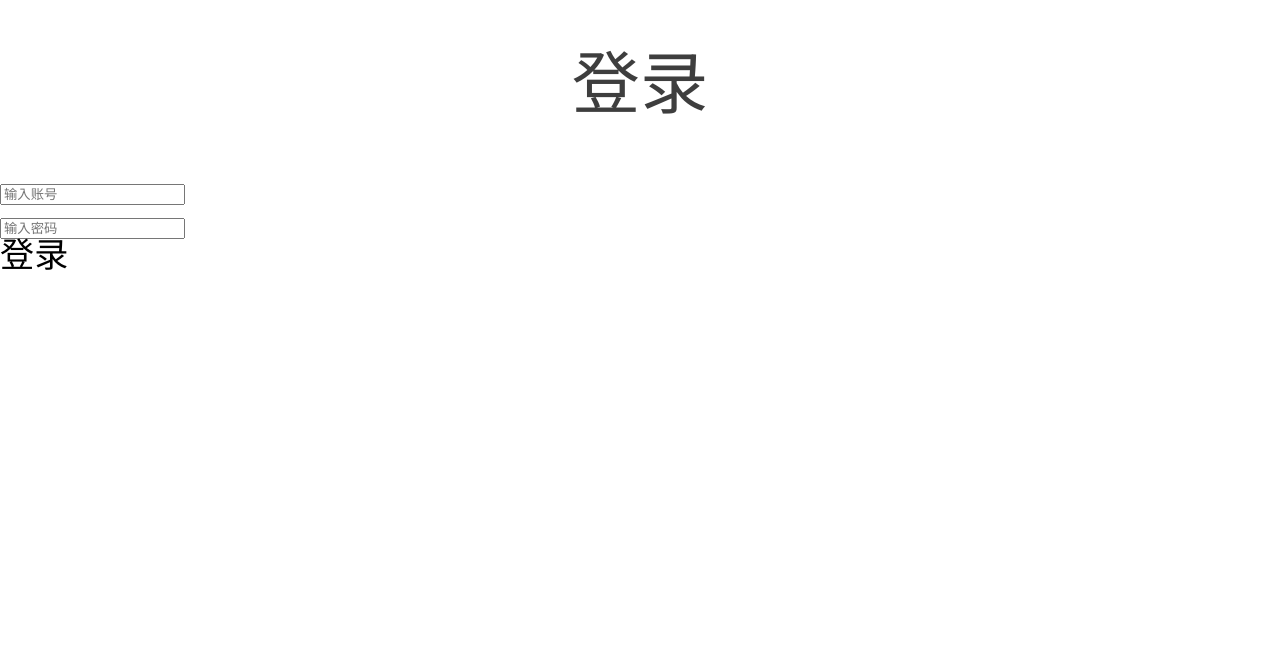
Repository: 421538074/sell
Page: consumer/login.html
An editor plug-in stored every save of this project. The page is shown before and after the next save, followed by the edit.
The browser window is 1280 px wide. The pictures show the whole page.

Above is the page before, as saved 2019-05-29 14:49:56.
Not found: consumer/js/login.js

### consumer/login.html
<!DOCTYPE html>
<html lang="en">

<head>
    <meta charset="UTF-8">
    <meta content="width=device-width, initial-scale=1.0, maximum-scale=1.0, user-scalable=0;" name="viewport" />
    <meta http-equiv="X-UA-Compatible" content="ie=edge">
    <title>直销系统</title>
    <link rel="stylesheet" href="../css/base.css">
    <link rel="stylesheet" href="css/login.css">
</head>

<body>
    <div id="app">
        <div class="login">
            <div class="login_wrap">
                <h4>登录</h4>
                <ul class="login_uu">
                    <li>
                        <input @input="limitLength('phone',11)" v-model="phone" maxlength="11" type="number"
                            placeholder="输入账号">
                    </li>
                    <li>
                        <input v-model="password" type="password" placeholder="输入密码">
                    </li>
                </ul>

                <p class="login_btn" @click="enter(2)">登录</p>
            </div>
        </div>
    </div>
</body>

</html>
<script src="js/jquery.min.js"></script>
<script src="../js/api.js"></script>
<script src="../js/vue.js"></script>
<script src="js/login.js"></script>

### css/base.css
/* http://meyerweb.com/eric/tools/css/reset/
   v2.0 | 20110126
   License: none (public domain)
*/

html,
body,
div,
span,
applet,
object,
iframe,
h1,
h2,
h3,
h4,
h5,
h6,
p,
blockquote,
pre,
a,
abbr,
acronym,
address,
big,
cite,
code,
del,
dfn,
em,
img,
ins,
kbd,
q,
s,
samp,
small,
strike,
strong,
sub,
sup,
tt,
var,
b,
u,
i,
center,
dl,
dt,
dd,
ol,
ul,
li,
fieldset,
form,
label,
legend,
table,
caption,
tbody,
tfoot,
thead,
tr,
th,
td,
article,
aside,
canvas,
details,
embed,
figure,
figcaption,
footer,
header,
hgroup,
menu,
nav,
output,
ruby,
section,
summary,
time,
mark,
audio,
video {
    margin: 0;
    padding: 0;
    border: 0;
    font-size: 100%;
    font: inherit;
    vertical-align: baseline;
}

/* HTML5 display-role reset for older browsers */
article,
aside,
details,
figcaption,
figure,
footer,
header,
hgroup,
menu,
nav,
section {
    display: block;
}

body {
    line-height: 1;
}

ol,
ul {
    list-style: none;
}

blockquote,
q {
    quotes: none;
}

blockquote:before,
blockquote:after,
q:before,
q:after {
    content: '';
    content: none;
}

table {
    border-collapse: collapse;
    border-spacing: 0;
}


body,
html {
    font-size: calc(100vw / 37.5);
    font-family: PingFangSC-Medium;
    background: #F2F2F2;
}


[v-cloak] {
    display: none;
}


hr {
    margin: 0;
    padding: 0;
}

.clearfix {
    zoom: 1;
}

.clearfix:after {
    content: ".";
    display: block;
    visibility: hidden;
    height: 0;
    clear: both;
}

[v-cloak] {
    display: none;
}

### consumer/css/login.css
html,body{
    background: #ffffff;
}
h4 {
    color: #3E3E3E;
    text-align: center;
    height: 5rem;
    font-size: 2rem;
    display: flex;
    align-items: center;
    justify-content: center;
}

### js/api.js



// window.warn = {
//     alert: function alert(msg) {
//         var template = `
// `
//         $('body').append(template);
//         $('.alert-body').animate({
//             top: "40px"
//         }, 200);
//         // setTimeout(function () {
//         //     warn.close();
//         // }, 1500);
//     },
//     close: function close() {
//         $('.alert-body').animate({
//             top: "-280px"
//         }, 200);
//         setTimeout(function () {
//             $('#alert-msg').remove();
//         }, 200);
//     }
// };

Loaded but not shown: js/jquery.min.js (library); js/vue.js (library)

After the next save:
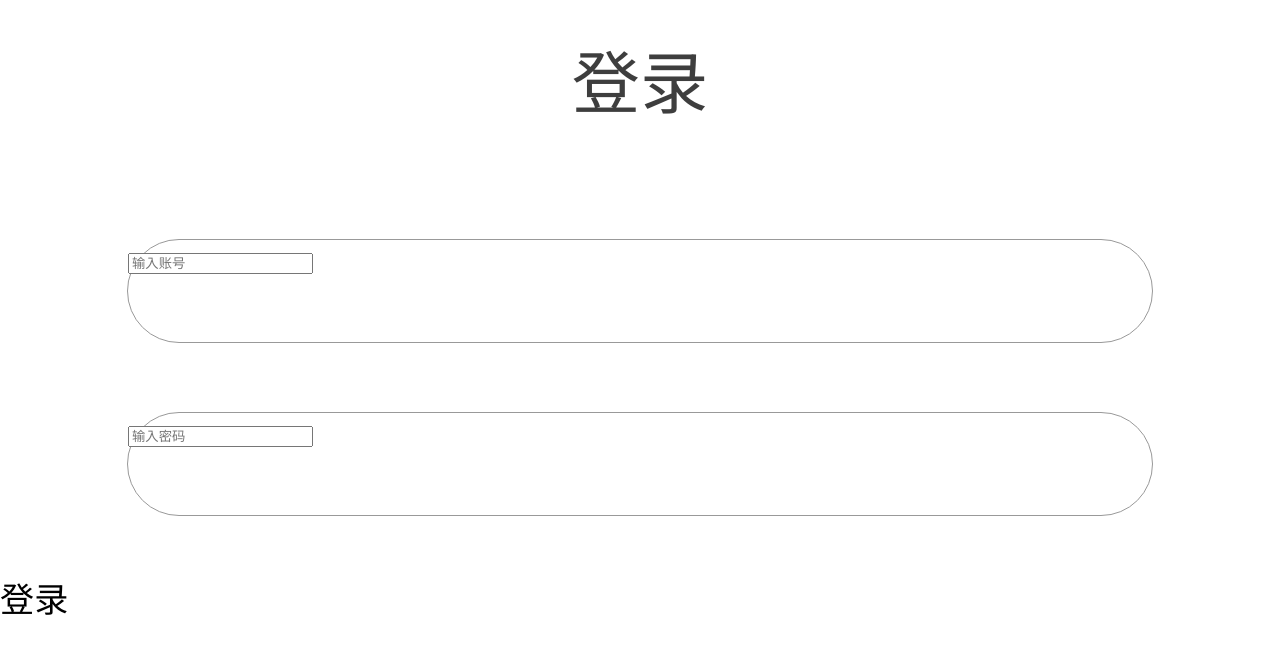
Saved 81 s later.
--- a/consumer/css/login.css
+++ b/consumer/css/login.css
@@ -10,3 +10,10 @@ h4 {
     align-items: center;
     justify-content: center;
 }
+li {
+    width: 80%;
+    border: 1px solid #999999;
+    margin: 2rem auto;
+    height: 3rem;
+    border-radius: 10rem;
+}
